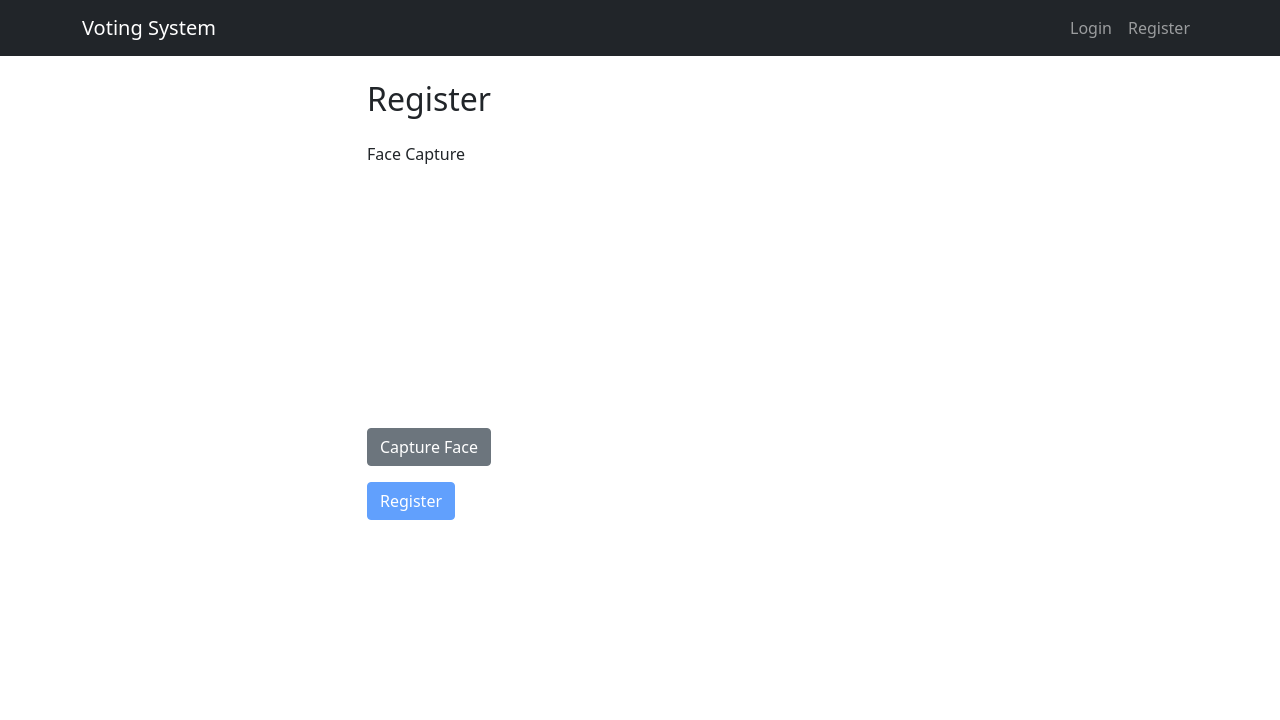
Repository: iammillie-creator/facial-voting-app
Page: http://localhost/register
The author's editor kept a copy of each file at every save. The page is drawn from the files as they stood at one save, then again after a run of saves.
The browser window is 1280 px wide. The pictures show the whole page.
The page is served by the project's application, run on Flask 3 (app.py).

Above is the page before, as saved 2025-04-22 17:19:59.

### templates/register.html
{% extends "base.html" %}

{% block content %}
<div class="row justify-content-center">
    <div class="col-md-6">
        <h2 class="mb-4">Register</h2>

        <form method="POST" enctype="multipart/form-data" id="registrationForm">
            <!-- Other form fields... -->

            <div class="mb-3">
                <label class="form-label">Face Capture</label>
                <div id="cameraContainer">
                    <video id="video" width="320" height="240" autoplay></video>
                    <canvas id="canvas" width="320" height="240" style="display:none;"></canvas>
                </div>
                <button type="button" id="captureBtn" class="btn btn-secondary mt-2">Capture Face</button>
                <input type="hidden" id="faceImageData" name="face_image">

                <div id="previewContainer" class="mt-2" style="display:none;">
                    <img id="previewImage" src="#" alt="Face Preview" class="img-thumbnail" style="max-width: 200px;">
                    <button type="button" id="retakeBtn" class="btn btn-sm btn-warning mt-2">Retake</button>
                </div>
            </div>

            <button type="submit" class="btn btn-primary" id="submitBtn" disabled>Register</button>
        </form>
    </div>
</div>
{% endblock %}

{% block scripts %}
<script>
document.addEventListener('DOMContentLoaded', function() {
    const video = document.getElementById('video');
    const canvas = document.getElementById('canvas');
    const captureBtn = document.getElementById('captureBtn');
    const retakeBtn = document.getElementById('retakeBtn');
    const previewImage = document.getElementById('previewImage');
    const previewContainer = document.getElementById('previewContainer');
    const faceImageData = document.getElementById('faceImageData');
    const submitBtn = document.getElementById('submitBtn');
    const form = document.getElementById('registrationForm');

    let stream = null;

    // Start camera
    function startCamera() {
        navigator.mediaDevices.getUserMedia({ video: true })
            .then(function(s) {
                stream = s;
                video.srcObject = stream;
            })
            .catch(function(err) {
                console.error("Camera error:", err);
                alert("Could not access camera. Please enable camera permissions.");
            });
    }

    // Capture image
    captureBtn.addEventListener('click', function() {
        // Pause video
        video.pause();

        // Draw video frame to canvas
        canvas.width = video.videoWidth;
        canvas.height = video.videoHeight;
        const ctx = canvas.getContext('2d');
        ctx.drawImage(video, 0, 0, canvas.width, canvas.height);

        // Convert canvas to data URL
        const imageData = canvas.toDataURL('image/jpeg');
        faceImageData.value = imageData;

        // Show preview
        previewImage.src = imageData;
        previewContainer.style.display = 'block';
        captureBtn.style.display = 'none';

        // Enable submit button
        submitBtn.disabled = false;

        // Stop camera
        if (stream) {
            stream.getTracks().forEach(track => track.stop());
        }
    });

    // Retake image
    retakeBtn.addEventListener('click', function() {
        faceImageData.value = '';
        previewContainer.style.display = 'none';
        captureBtn.style.display = 'block';
        submitBtn.disabled = true;
        startCamera();
    });

    // Start camera when page loads
    startCamera();
});
</script>
{% endblock %}

### templates/base.html
<!DOCTYPE html>
<html lang="en">
<head>
    <meta charset="UTF-8">
    <meta name="viewport" content="width=device-width, initial-scale=1.0">
    <title>Voting System</title>
    <link href="https://cdn.jsdelivr.net/npm/bootstrap@5.1.3/dist/css/bootstrap.min.css" rel="stylesheet">
</head>
<body>
    <nav class="navbar navbar-expand-lg navbar-dark bg-dark">
        <div class="container">
            <a class="navbar-brand" href="/">Voting System</a>
            <div class="navbar-nav">
                {% if 'user_id' in session %}
                    <span class="nav-item nav-link">Welcome, {{ session.name }}</span>
                    <a class="nav-item nav-link" href="/logout">Logout</a>
                {% else %}
                    <a class="nav-item nav-link" href="/login">Login</a>
                    <a class="nav-item nav-link" href="/register">Register</a>
                {% endif %}
            </div>
        </div>
    </nav>

    <div class="container mt-4">
        {% with messages = get_flashed_messages(with_categories=true) %}
            {% if messages %}
                {% for category, message in messages %}
                    <div class="alert alert-{{ category }} alert-dismissible fade show">
                        {{ message }}
                        <button type="button" class="btn-close" data-bs-dismiss="alert"></button>
                    </div>
                {% endfor %}
            {% endif %}
        {% endwith %}

        {% block content %}{% endblock %}
    </div>

    <script src="https://cdn.jsdelivr.net/npm/bootstrap@5.1.3/dist/js/bootstrap.bundle.min.js"></script>
    {% block scripts %}{% endblock %}
</body>
</html>

### app.py
import os
import random
import string
import smtplib
from datetime import datetime
from email.mime.text import MIMEText
from flask import Flask, render_template, request, redirect, url_for, session, flash
from flask_pymongo import PyMongo
from werkzeug.security import generate_password_hash, check_password_hash
import cv2
import face_recognition
from email_validator import validate_email, EmailNotValidError

app = Flask(__name__)
app.secret_key = 'your_secret_key_here'
app.config["MONGO_URI"] = "mongodb://localhost:27017/voting_system"
mongo = PyMongo(app)

# Email configuration
EMAIL_SENDER = 'lizzyjlo55@gmail.com'
EMAIL_PASSWORD = 'B$rw6!a'
SMTP_SERVER = 'smtp.gmail.com'
SMTP_PORT = 587

# Configure upload folder for face images
UPLOAD_FOLDER = 'static/face_images'
os.makedirs(UPLOAD_FOLDER, exist_ok=True)
app.config['UPLOAD_FOLDER'] = UPLOAD_FOLDER

def generate_otp():
    return ''.join(random.choices(string.digits, k=6))

def send_otp_email(receiver_email, otp):
    try:
        msg = MIMEText(f'Your OTP for voting system verification is: {otp}')
        msg['Subject'] = 'Voting System - Email Verification'
        msg['From'] = EMAIL_SENDER
        msg['To'] = receiver_email

        with smtplib.SMTP(SMTP_SERVER, SMTP_PORT) as server:
            server.starttls()
            server.login(EMAIL_SENDER, EMAIL_PASSWORD)
            server.send_message(msg)
        return True
    except Exception as e:
        print(f"Error sending email: {e}")
        return False

def save_face_image(image, user_id):
    try:
        # Convert image data to numpy array
        nparr = np.frombuffer(image.read(), np.uint8)
        img = cv2.imdecode(nparr, cv2.IMREAD_COLOR)

        # Save image
        filename = f"{user_id}.jpg"
        filepath = os.path.join(app.config['UPLOAD_FOLDER'], filename)
        cv2.imwrite(filepath, img)
        return filepath
    except Exception as e:
        print(f"Error saving face image: {e}")
        return None

def verify_face(user_id, captured_image):
    try:
        # Load registered face
        registered_image_path = os.path.join(app.config['UPLOAD_FOLDER'], f"{user_id}.jpg")
        if not os.path.exists(registered_image_path):
            return False

        registered_image = face_recognition.load_image_file(registered_image_path)
        registered_encoding = face_recognition.face_encodings(registered_image)[0]

        # Process captured image
        nparr = np.frombuffer(captured_image.read(), np.uint8)
        captured_img = cv2.imdecode(nparr, cv2.IMREAD_COLOR)
        rgb_captured = cv2.cvtColor(captured_img, cv2.COLOR_BGR2RGB)

        # Find faces in the captured image
        face_locations = face_recognition.face_locations(rgb_captured)
        if not face_locations:
            return False

        captured_encoding = face_recognition.face_encodings(rgb_captured, face_locations)[0]

        # Compare faces
        results = face_recognition.compare_faces([registered_encoding], captured_encoding)
        return results[0]
    except Exception as e:
        print(f"Error in face verification: {e}")
        return False

@app.route('/')
def home():
    if 'user_id' in session:
        return redirect(url_for('dashboard'))
    return render_template('home.html')

@app.route('/register', methods=['GET', 'POST'])
def register():
    if request.method == 'POST':
        print("\nDEBUG - Registration attempt started")  # Debug
        print("Form data:", request.form)  # Debug form fields
        print("Files received:", request.files)  # Debug uploaded files

        # Get form data
        name = request.form.get('name')
        email = request.form.get('email')
        user_id = request.form.get('user_id')
        password = request.form.get('password')

        # Get face image data (now from form data instead of files)
        face_image_data = request.form.get('face_image_data')
        print("DEBUG - Face image data received:", bool(face_image_data))  # Debug

        # Validate email
        try:
            valid = validate_email(email)
            email = valid.email
        except EmailNotValidError as e:
            print(f"DEBUG - Email validation failed: {str(e)}")  # Debug
            flash('Invalid email address', 'danger')
            return redirect(url_for('register'))

        # Check if user already exists
        existing_user = mongo.db.users.find_one({'$or': [{'email': email}, {'user_id': user_id}]})
        if existing_user:
            print(f"DEBUG - User already exists: {existing_user}")  # Debug
            flash('Email or ID already registered', 'danger')
            return redirect(url_for('register'))

        # Process face image
        if not face_image_data:
            print("DEBUG - No face image data received")  # Debug
            flash('Face image is required', 'danger')
            return redirect(url_for('register'))

        try:
            # Extract base64 data
            header, data = face_image_data.split(',', 1)
            image_bytes = base64.b64decode(data)

            # Convert to numpy array
            nparr = np.frombuffer(image_bytes, np.uint8)
            img = cv2.imdecode(nparr, cv2.IMREAD_COLOR)

            # Save image
            filename = f"{user_id}.jpg"
            face_path = os.path.join(app.config['UPLOAD_FOLDER'], filename)
            cv2.imwrite(face_path, img)
            print(f"DEBUG - Face image saved to: {face_path}")  # Debug

            # Validate face quality
            is_valid, msg = validate_face_image(face_path)
            if not is_valid:
                print(f"DEBUG - Face validation failed: {msg}")  # Debug
                os.remove(face_path)
                flash(f'Invalid face image: {msg}', 'danger')
                return redirect(url_for('register'))

            # Get face encoding
            face_encoding = detect_and_encode_face(face_path)
            if face_encoding is None:
                print("DEBUG - No face detected in image")  # Debug
                os.remove(face_path)
                flash('No face detected in the image', 'danger')
                return redirect(url_for('register'))

        except Exception as e:
            print(f"DEBUG - Face processing error: {str(e)}")  # Debug
            flash('Error processing face image', 'danger')
            return redirect(url_for('register'))

        # Create user
        hashed_password = generate_password_hash(password)
        user_data = {
            'name': name,
            'email': email,
            'user_id': user_id,
            'password': hashed_password,
            'face_image': face_path,
            'face_encoding': face_encoding.tolist(),  # Store encoding as list
            'email_verified': False,
            'has_voted': False,
            'created_at': datetime.utcnow()
        }

        try:
            mongo.db.users.insert_one(user_data)
            print(f"DEBUG - User created successfully: {user_id}")  # Debug
        except Exception as e:
            print(f"DEBUG - Database error: {str(e)}")  # Debug
            flash('Error creating user account', 'danger')
            return redirect(url_for('register'))

        # Generate and send OTP
        otp = generate_otp()
        session['otp'] = otp
        session['verify_user_id'] = user_id

        if send_otp_email(email, otp):
            print(f"DEBUG - OTP sent to {email}")  # Debug
            flash('Registration successful! Please check your email for OTP', 'success')
            return redirect(url_for('verify_email'))
        else:
            print("DEBUG - Failed to send OTP email")  # Debug
            flash('Error sending OTP email', 'danger')
            return redirect(url_for('register'))

    # GET request - show registration form
    return render_template('register.html')

@app.route('/verify-email', methods=['GET', 'POST'])
def verify_email():
    if 'verify_user_id' not in session:
        return redirect(url_for('register'))

    if request.method == 'POST':
        user_otp = request.form.get('otp')
        stored_otp = session.get('otp')

        if user_otp == stored_otp:
            # Update user as verified
            mongo.db.users.update_one(
                {'user_id': session['verify_user_id']},
                {'$set': {'email_verified': True}}
            )

            # Clean up session
            session.pop('otp')
            session.pop('verify_user_id')

            flash('Email verified successfully! You can now login', 'success')
            return redirect(url_for('login'))
        else:
            flash('Invalid OTP', 'danger')

    return render_template('verify_email.html')

@app.route('/login', methods=['GET', 'POST'])
def login():
    if request.method == 'POST':
        user_id = request.form.get('user_id')
        password = request.form.get('password')
        face_image = request.files.get('face_image')

        # Find user
        user = mongo.db.users.find_one({'user_id': user_id})

        if not user:
            flash('Invalid credentials', 'danger')
            return redirect(url_for('login'))

        # Check password
        if not check_password_hash(user['password'], password):
            flash('Invalid credentials', 'danger')
            return redirect(url_for('login'))

        # Check email verification
        if not user.get('email_verified', False):
            flash('Please verify your email first', 'danger')
            return redirect(url_for('login'))

        # Verify face
        if not face_image:
            flash('Face verification required', 'danger')
            return redirect(url_for('login'))

        if not verify_face(user_id, face_image):
            flash('Face verification failed', 'danger')
            return redirect(url_for('login'))

        # Login successful
        session['user_id'] = user_id
        session['name'] = user['name']
        session['has_voted'] = user.get('has_voted', False)

        flash('Login successful!', 'success')
        return redirect(url_for('dashboard'))

    return render_template('login.html')

@app.route('/dashboard')
def dashboard():
    if 'user_id' not in session:
        return redirect(url_for('login'))

    if session.get('has_voted', False):
        return render_template('already_voted.html')

    # Get candidates from database
    candidates = list(mongo.db.candidates.find({}))
    return render_template('dashboard.html', candidates=candidates)

@app.route('/vote', methods=['POST'])
def vote():
    if 'user_id' not in session:
        return redirect(url_for('login'))

    if session.get('has_voted', False):
        flash('You have already voted', 'danger')
        return redirect(url_for('dashboard'))

    candidate_id = request.form.get('candidate_id')
    if not candidate_id:
        flash('Invalid candidate', 'danger')
        return redirect(url_for('dashboard'))

    # Record vote
    mongo.db.votes.insert_one({
        'user_id': session['user_id'],
        'candidate_id': candidate_id,
        'voted_at': datetime.utcnow()
    })

    # Update user as voted
    mongo.db.users.update_one(
        {'user_id': session['user_id']},
        {'$set': {'has_voted': True}}
    )

    session['has_voted'] = True
    flash('Thank you for voting!', 'success')
    return redirect(url_for('dashboard'))

@app.route('/logout')
def logout():
    session.clear()
    flash('You have been logged out', 'info')
    return redirect(url_for('home'))

if __name__ == '__main__':
    app.run(debug=True)

After the next 2 saves:
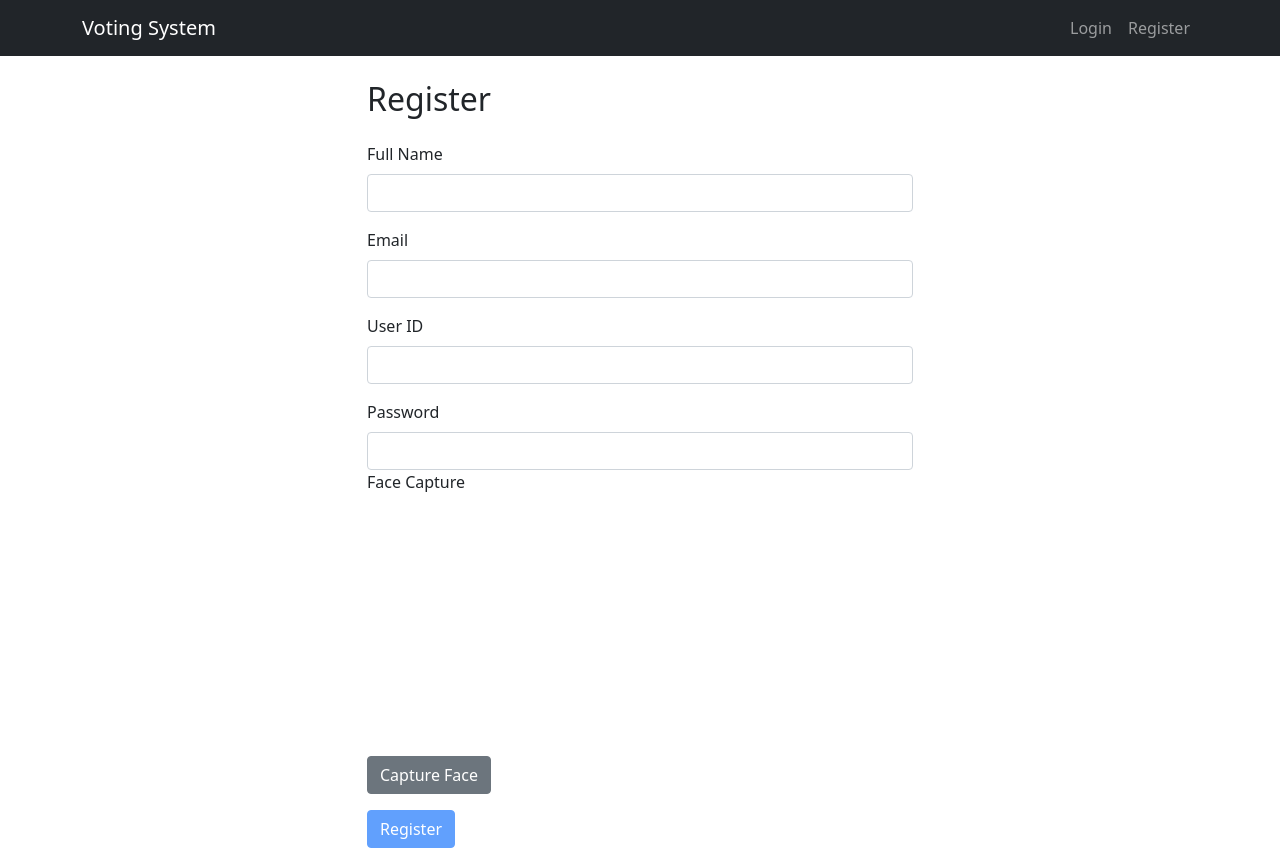
The 2 saves are shown as one change because they came seconds apart.
The last was saved 39 min 9 s later.
--- a/templates/register.html
+++ b/templates/register.html
@@ -6,7 +6,24 @@
         <h2 class="mb-4">Register</h2>
 
         <form method="POST" enctype="multipart/form-data" id="registrationForm">
-            <!-- Other form fields... -->
+            <div class="mb-3">
+                <label for="name" class="form-label">Full Name</label>
+                <input type="text" class="form-control" id="name" name="name" required>
+            </div>
+
+            <div class="mb-3">
+                <label for="email" class="form-label">Email</label>
+                <input type="email" class="form-control" id="email" name="email" required>
+            </div>
+
+            <div class="mb-3">
+                <label for="user_id" class="form-label">User ID</label>
+                <input type="text" class="form-control" id="user_id" name="user_id" required>
+            </div>
+
+            <div class="mb-3">
+                <label for="password" class="form-label">Password</label>
+                <input type="password" class="form-control" id="password" name="password" required>
 
             <div class="mb-3">
                 <label class="form-label">Face Capture</label>
